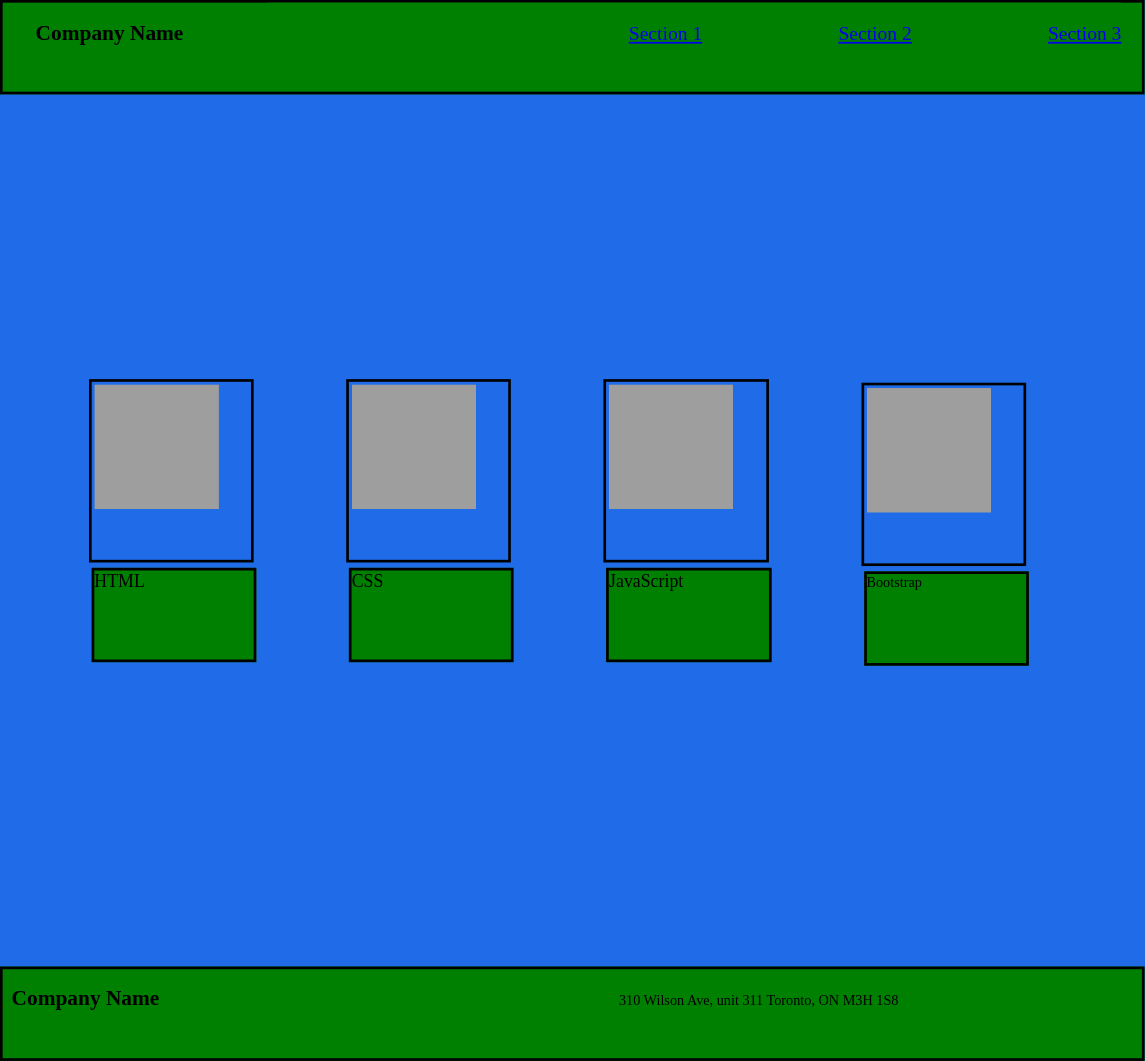
Repository: helloneibor/Project2
Page: section1.html
The author's editor kept a record of every edit. The page is drawn from the files as they stood at one moment, then again after the next edit.
The browser window is 1280 px wide. The page is 1286 px wide, so the pictures cover 1286 px, including what lies to the right of the window. The pictures show the whole page, at 89% of full size.
Pictures or frames that could not be fetched are drawn as grey boxes.

Above is the page before.

### section1.html
<!DOCTYPE html>
<html lang="en">
<head>
    <meta charset="UTF-8">
    <meta name="viewport" content="width=device-width, initial-scale=1.0">
    <meta http-equiv="X-UA-Compatible" content="ie=edge">
    <link rel="stylesheet"href="css/main.css"type="text/css" />
    <title> Project 2 </title>
</head>
<body>
        <header>
            <h2>Company Name</h2>
            <nav class="header_nav">
                <ul>
                    <li class="li1"><a href="section1.html">Section 1</a></li>
                    <li class="li1"><a href="section2.html">Section 2</a></li>
                    <li class="li1"><a href="section3.html">Section 3</a></li>
                </ul>
            </nav>
        </header>
                <section class="countainer">
                    <div>
                        <a href="https://en.wikipedia.org/wiki/HTML" target=_blank>
                        <img class="img_one" src="https://upload.wikimedia.org/wikipedia/commons/thumb/6/61/HTML5_logo_and_wordmark.svg/1200px-HTML5_logo_and_wordmark.svg.png" alt="https://en.wikipedia.org/wiki/HTML"></img>
                        </a>
                        <footer class="div_foot"> HTML </footer>
                    </div>
                        <div>
                        <a href="https://en.wikipedia.org/wiki/Cascading_Style_Sheets" target=_blank>
                        <img class="img_one" src="https://www.mishelshaji.com/wp-content/uploads/2018/10/css3_logo.png" alt="https://en.wikipedia.org/wiki/Cascading_Style_Sheets"></img>
                        </a>
                            <footer class="div_foot"> CSS </footer>
                    </div>
                        <div>
                        <a href="https://www.javascript.com/" target=_blank>
                        <img class="img_one" src="https://searchlite.nl/wp-content/uploads/2016/08/JavaScript.png" alt="https://www.javascript.com/"></img>
                        </a>
                            <footer class="div_foot"> JavaScript </footer>
                    </div>
                        <div>
                        <a href="https://getbootstrap.com/" target=_blank>
                        <img class="img_one" src="https://upload.wikimedia.org/wikipedia/commons/e/ea/Boostrap_logo.svg" alt="https://getbootstrap.com/L"></img>
                        </a>
                            <footer> Bootstrap </footer>
                    </div>
                </section>
                        <footer>
            <nav class="footer_nav">
                <h2 id="footer_head"> Company Name </h2>
                <p class="para_footer"> 310 Wilson Ave,
                unit 311
                Toronto, ON M3H 1S8 </p>
            </nav>
        </footer>
    </body>
        </html>

### css/main.css
body {
    background-color: #206ce8;
/*    border-style: solid;
    border-color: black;
    border-width: 5px;*/
    margin: 0px;
    padding: 0px;
}

header {
    height: 100px;
    background-color: green;
    border-bottom-color: black;
    border-style: solid;
    border-color: black;
    width: 100%;
    display: inline-block;
}

.header_nav {
    background-color: green;
    display:inline-block;
    width: 75%;
    text-align: right;
    font-size: 22px;
}

.header_nav .li1 {
    display: inline-block;
    width: 15%;
    text-align: right;
    margin-left: 10%;
}

h2 {
    width:20%;
    display: inline-block;
    margin-left: 37px;
}

#footer_head {
    width:20%;
    display: inline-block;
    margin-left: 10px;
}

footer {
    height: 100px;
    background-color: green;
    border-bottom-color: black;
    border-style: solid;
    border-color: black;
    width: 100%;
    display: inline-block;
    margin-top: 33%;
}

.para_footer {
    display:inline-block;
    text-align: right;
    margin-left: 33%;
    margin-right: 0px;
}

.countainer {
    width: 100%;
    height: 100%;
    margin-top: 25%;
}

.col3 {
    width: 20%;
    height: 20%;
    display: inline-block;
}

div {
    display: inline-block;
    width: 14%;
    height: 200px;
    margin-left: 100px;
    border-color: black;
    border-width: 3px;
    border-style: solid;
}

.img_one {
    height: 140px;
    width: 140px;
    margin:3px;
}

.div_foot {
    color: black;
    font-size: 20px;
}

form {
    height: 320px;
    width: 700px;
    border-color: black;
    border-width: 3px;
    border-style: solid;
    margin-left: 25%;
    margin-top: 15%;
}

.form_one {
    display: block;
}

form h1 {
    text-align: center;
    text-decoration: bold;
}

#submit_one {
    margin: 20%;
}

After the next edit:
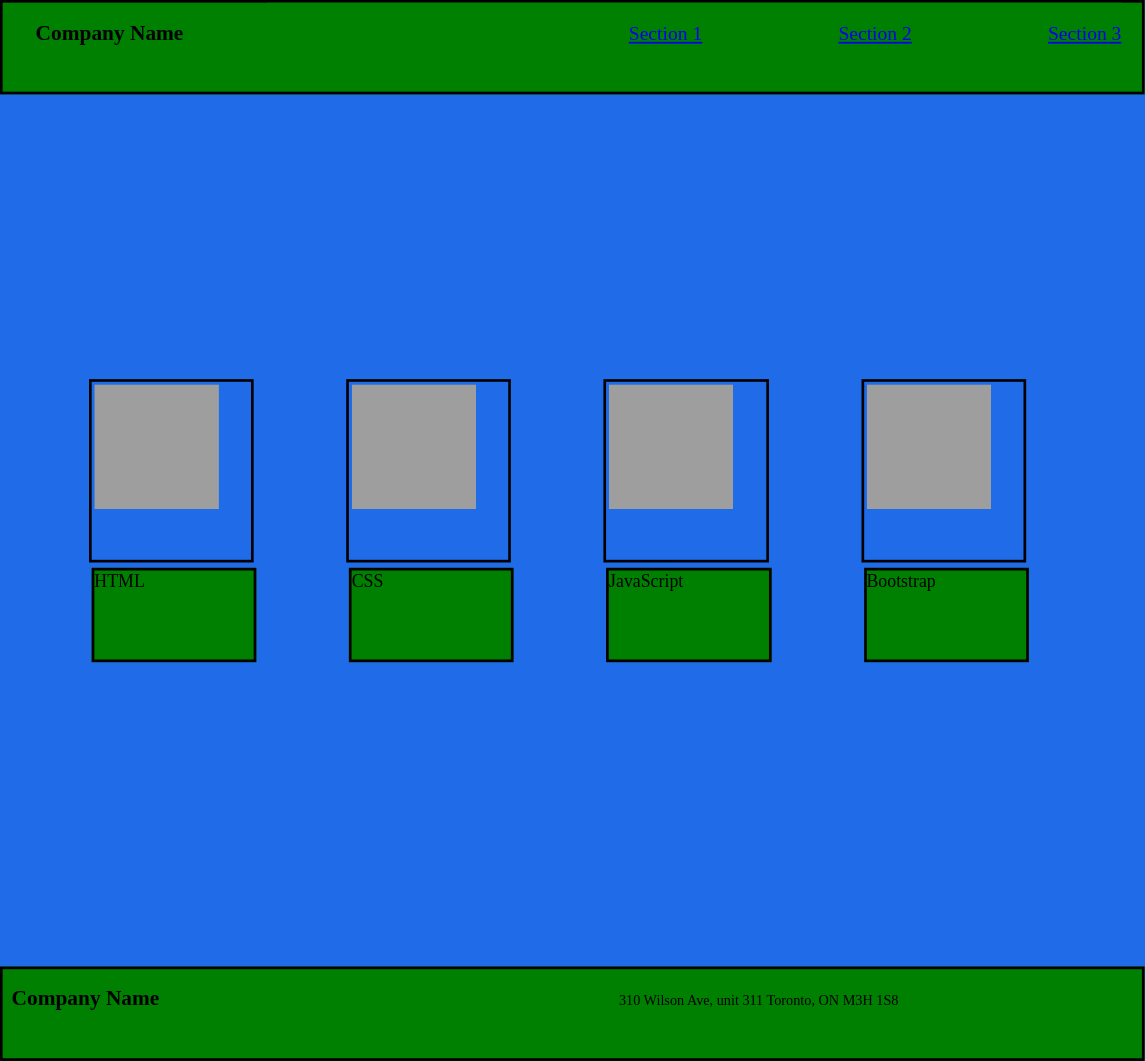
The edit:
--- a/section1.html
+++ b/section1.html
@@ -41,7 +41,7 @@
                         <a href="https://getbootstrap.com/" target=_blank>
                         <img class="img_one" src="https://upload.wikimedia.org/wikipedia/commons/e/ea/Boostrap_logo.svg" alt="https://getbootstrap.com/L"></img>
                         </a>
-                            <footer> Bootstrap </footer>
+                            <footer class="div_foot"> Bootstrap </footer>
                     </div>
                 </section>
                         <footer>
